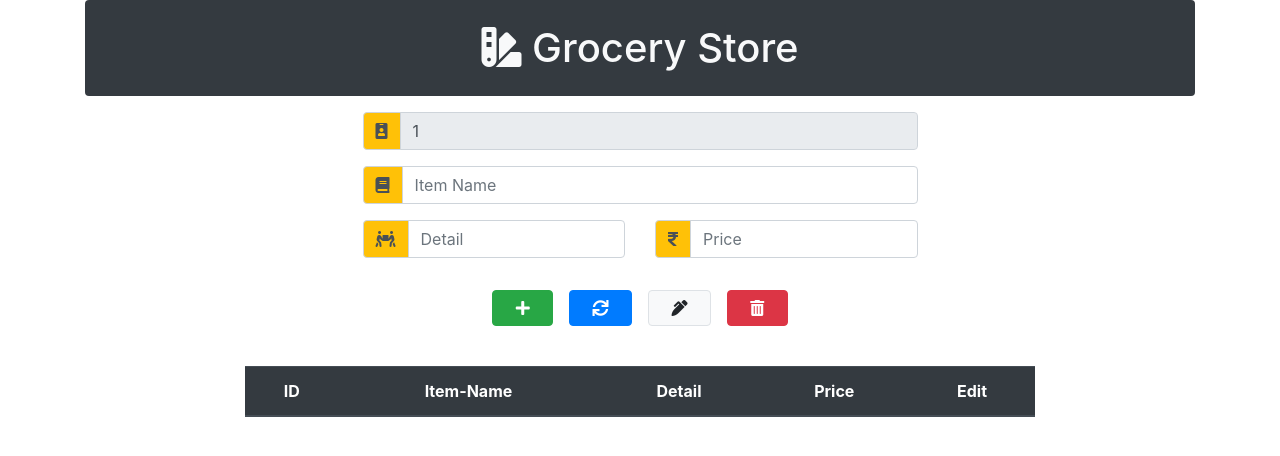
Repository: abhishekhy10/phpcrud
Page: http://localhost/crud/index.php
These files come from the project's save history. The page is drawn as it stood at one moment and after the next save; the edit follows.
The browser window is 1280 px wide. The pictures show the whole page.
Some web libraries are served in a nearby version. The page is run by PHP 8.4 with error messages shown; the project is at /var/www/html/. Queries for data that is not in the repository find no rows.

Above is the page before, as saved 2021-10-13 19:08:36.

### crud/index.php
<?php

require_once ("../crud/php/component.php");
require_once ("../crud/php/operation.php");
?>

<!doctype html>
<html lang="en">
<head>
    <meta charset="UTF-8">
    <meta name="viewport"
          content="width=device-width, user-scalable=no, initial-scale=1.0, maximum-scale=1.0, minimum-scale=1.0">
    <meta http-equiv="X-UA-Compatible" content="ie=edge">
    <title>Books</title>

    <link rel="stylesheet" href="https://use.fontawesome.com/releases/v5.8.2/css/all.css" integrity="sha384-oS3vJWv+0UjzBfQzYUhtDYW+Pj2yciDJxpsK1OYPAYjqT085Qq/1cq5FLXAZQ7Ay" crossorigin="anonymous">
    <link rel="stylesheet" href="https://stackpath.bootstrapcdn.com/bootstrap/4.3.1/css/bootstrap.min.css" integrity="sha384-ggOyR0iXCbMQv3Xipma34MD+dH/1fQ784/j6cY/iJTQUOhcWr7x9JvoRxT2MZw1T" crossorigin="anonymous">

    <!-- Custom stylesheet -->
    <link rel="stylesheet" href="style.css">

</head>
<body>

<main>
    <div class="container text-center">
        <h1 class="py-4 bg-dark text-light rounded"><i class="fas fa-swatchbook"></i> Grocery Store</h1>

        <div class="d-flex justify-content-center">
            <form action="" method="post" class="w-50">
                <div class="pt-2">
                    <?php inputElement("<i class='fas fa-id-badge'></i>","ID", "book_id",setID()); ?>
                </div>
                <div class="pt-2">
                    <?php inputElement("<i class='fas fa-book'></i>","Item Name", "book_name",""); ?>
                </div>
                <div class="row pt-2">
                    <div class="col">
                        <?php inputElement("<i class='fas fa-people-carry'></i>","Detail", "book_publisher",""); ?>
                    </div>
                    <div class="col">
                        <?php inputElement("<i class='fas fa-rupee-sign'></i>","Price", "book_price",""); ?>
                    </div>
                </div>
                <div class="d-flex justify-content-center">
                        <?php buttonElement("btn-create","btn btn-success","<i class='fas fa-plus'></i>","create","data-toggle='tooltip' data-placement='bottom' title='Create'"); ?>
                        <?php buttonElement("btn-read","btn btn-primary","<i class='fas fa-sync'></i>","read","data-toggle='tooltip' data-placement='bottom' title='Read'"); ?>
                        <?php buttonElement("btn-update","btn btn-light border","<i class='fas fa-pen-alt'></i>","update","data-toggle='tooltip' data-placement='bottom' title='Update'"); ?>
                        <?php buttonElement("btn-delete","btn btn-danger","<i class='fas fa-trash-alt'></i>","delete","data-toggle='tooltip' data-placement='bottom' title='Delete'"); ?>
                        <?php deleteBtn();?>
                </div>
            </form>
        </div>

        <!-- Bootstrap table  -->
        <div class="d-flex table-data">
            <table class="table table-striped table-dark">
                <thead class="thead-dark">
                    <tr>
                        <th>ID</th>
                        <th>Item-Name</th>
                        <th>Detail</th>
                        <th>Price</th>
                        <th>Edit</th>
                    </tr>
                </thead>
                <tbody id="tbody">
                   <?php


                   if(isset($_POST['read'])){
                       $result = getData();

                       if($result){

                           while ($row = mysqli_fetch_assoc($result)){ ?>

                               <tr>
                                   <td data-id="<?php echo $row['id']; ?>"><?php echo $row['id']; ?></td>
                                   <td data-id="<?php echo $row['id']; ?>"><?php echo $row['book_name']; ?></td>
                                   <td data-id="<?php echo $row['id']; ?>"><?php echo $row['book_publisher']; ?></td>
                                   <td data-id="<?php echo $row['id']; ?>"><?php echo '$' . $row['book_price']; ?></td>
                                   <td ><i class="fas fa-edit btnedit" data-id="<?php echo $row['id']; ?>"></i></td>
                               </tr>

                   <?php
                           }

                       }
                   }


                   ?>
                </tbody>
            </table>
        </div>


    </div>
</main>


<script src="https://code.jquery.com/jquery-3.3.1.slim.min.js" integrity="sha384-q8i/X+965DzO0rT7abK41JStQIAqVgRVzpbzo5smXKp4YfRvH+8abtTE1Pi6jizo" crossorigin="anonymous"></script>
<script src="https://cdnjs.cloudflare.com/ajax/libs/popper.js/1.14.7/umd/popper.min.js" integrity="sha384-UO2eT0CpHqdSJQ6hJty5KVphtPhzWj9WO1clHTMGa3JDZwrnQq4sF86dIHNDz0W1" crossorigin="anonymous"></script>
<script src="https://stackpath.bootstrapcdn.com/bootstrap/4.3.1/js/bootstrap.min.js" integrity="sha384-JjSmVgyd0p3pXB1rRibZUAYoIIy6OrQ6VrjIEaFf/nJGzIxFDsf4x0xIM+B07jRM" crossorigin="anonymous"></script>

<script src="../crud/php/main.js"></script>
</body>
</html>

### crud/php/component.php
<?php

function inputElement($icon, $placeholder, $name, $value){
    $ele = "

        <div class=\"input-group mb-2\">
                        <div class=\"input-group-prepend\">
                            <div class=\"input-group-text bg-warning\">$icon</div>
                        </div>
                        <input type=\"text\" name='$name' value='$value' autocomplete=\"off\" placeholder='$placeholder' class=\"form-control\" id=\"inlineFormInputGroup\" placeholder=\"Username\">
                    </div>

    ";
    echo $ele;
}

function buttonElement($btnid, $styleclass, $text, $name, $attr){
    $btn = "
        <button name='$name' '$attr' class='$styleclass' id='$btnid'>$text</button>
    ";
    echo $btn;
}

### crud/php/operation.php
<?php
require_once ("db.php");
require_once ("component.php");

$con = Createdb();

// create button click
if(isset($_POST['create'])){
    createData();
}

if(isset($_POST['update'])){
    UpdateData();
}

if(isset($_POST['delete'])){
    deleteRecord();
}

if(isset($_POST['deleteall'])){
    deleteAll();

}

function createData(){
    $itemname = textboxValue("item_name");
    $itemdetail = textboxValue("detail");
    $itemprice = textboxValue("price");

    if($itemname && $itemdetail && $itemprice){

        $sql = "INSERT INTO items (item_name, detail, price)
                        VALUES ('$itemname','$itemdetail','$itemprice')";

        if(mysqli_query($GLOBALS['con'], $sql)){
            TextNode("success", "Record Successfully Inserted...!");
        }else{
            echo "Error";
        }

    }else{
            TextNode("error", "Provide Data in the Textbox");
    }
}

function textboxValue($value){
    $textbox = mysqli_real_escape_string($GLOBALS['con'], trim($_POST[$value]));
    if(empty($textbox)){
        return false;
    }else{
        return $textbox;
    }
}


// messages
function TextNode($classname, $msg){
    $element = "<h6 class='$classname'>$msg</h6>";
    echo $element;
}


// get data from mysql database
function getData(){
    $sql = "SELECT * FROM items";

    $result = mysqli_query($GLOBALS['con'], $sql);

    if(mysqli_num_rows($result) > 0){
        return $result;
    }
}

// update dat
function UpdateData(){
    $itemid = textboxValue("item_id");
    $itemname = textboxValue("item_name");
    $itemdetail = textboxValue("detail");
    $itemprice = textboxValue("price");

    if($itemname && $itemdetail && $itemprice){
        $sql = "
                    UPDATE items SET item_name='$itemname', detail = '$itemdetail', price = '$itemprice' WHERE id='$itemid';
        ";

        if(mysqli_query($GLOBALS['con'], $sql)){
            TextNode("success", "Data Successfully Updated");
        }else{
            TextNode("error", "Enable to Update Data");
        }

    }else{
        TextNode("error", "Select Data Using Edit Icon");
    }


}


function deleteRecord(){
    $itemid = (int)textboxValue("item_id");

    $sql = "DELETE FROM items WHERE id=$itemid";

    if(mysqli_query($GLOBALS['con'], $sql)){
        TextNode("success","Record Deleted Successfully...!");
    }else{
        TextNode("error","Enable to Delete Record...!");
    }

}


function deleteBtn(){
    $result = getData();
    $i = 0;
    if($result){
        while ($row = mysqli_fetch_assoc($result)){
            $i++;
            if($i > 3){
                buttonElement("btn-deleteall", "btn btn-danger" ,"<i class='fas fa-trash'></i> Delete All", "deleteall", "");
                return;
            }
        }
    }
}


function deleteAll(){
    $sql = "DROP TABLE items";

    if(mysqli_query($GLOBALS['con'], $sql)){
        TextNode("success","All Record deleted Successfully...!");
        Createdb();
    }else{
        TextNode("error","Something Went Wrong Record cannot deleted...!");
    }
}


// set id to textbox
function setID(){
    $getid = getData();
    $id = 0;
    if($getid){
        while ($row = mysqli_fetch_assoc($getid)){
            $id = $row['id'];
        }
    }
    return ($id + 1);
}

### crud/php/db.php
<?php

function Createdb(){
    $servername = "localhost";
    $username = "root";
    $password = "";
    $dbname = "grocerystore";

    // create connection
    $con = mysqli_connect($servername, $username, $password);

    // Check Connection
    if (!$con){
        die("Connection Failed : " . mysqli_connect_error());
    }

    // create Database
    $sql = "CREATE DATABASE IF NOT EXISTS $dbname";

    if(mysqli_query($con, $sql)){
        $con = mysqli_connect($servername, $username, $password, $dbname);

        $sql = "
                        CREATE TABLE IF NOT EXISTS items(
                            id INT(11) NOT NULL AUTO_INCREMENT PRIMARY KEY,
                            item_name VARCHAR (25) NOT NULL,
                            detail VARCHAR (20),
                            price FLOAT
                        );
        ";

        if(mysqli_query($con, $sql)){
            return $con;
        }else{
            echo "Cannot Create table...!";
        }

    }else{
        echo "Error while creating database ". mysqli_error($con);
    }

}

### crud/style.css


.d-flex button{
    margin: 1.5em 0.5em;
    padding: 0.3em 1.4em;
}

.d-flex table{
    margin: 1em 10em;
}

table .btnedit{
    color: lightsalmon;
    cursor: pointer;
}

.success{
    background-color: lightgreen;
    padding: 1em;
}

.error{
    background-color: rgb(255, 71, 163);
    padding: 1em;
}

### crud/php/main.js
let id = $("input[name*='book_id']")
id.attr("readonly","readonly");


$(".btnedit").click( e =>{
    let textvalues = displayData(e);

    ;
    let bookname = $("input[name*='book_name']");
    let bookpublisher = $("input[name*='book_publisher']");
    let bookprice = $("input[name*='book_price']");

    id.val(textvalues[0]);
    bookname.val(textvalues[1]);
    bookpublisher.val(textvalues[2]);
    bookprice.val(textvalues[3].replace("$", ""));
});


function displayData(e) {
    let id = 0;
    const td = $("#tbody tr td");
    let textvalues = [];

    for (const value of td){
        if(value.dataset.id == e.target.dataset.id){
           textvalues[id++] = value.textContent;
        }
    }
    return textvalues;

}

After the next save:
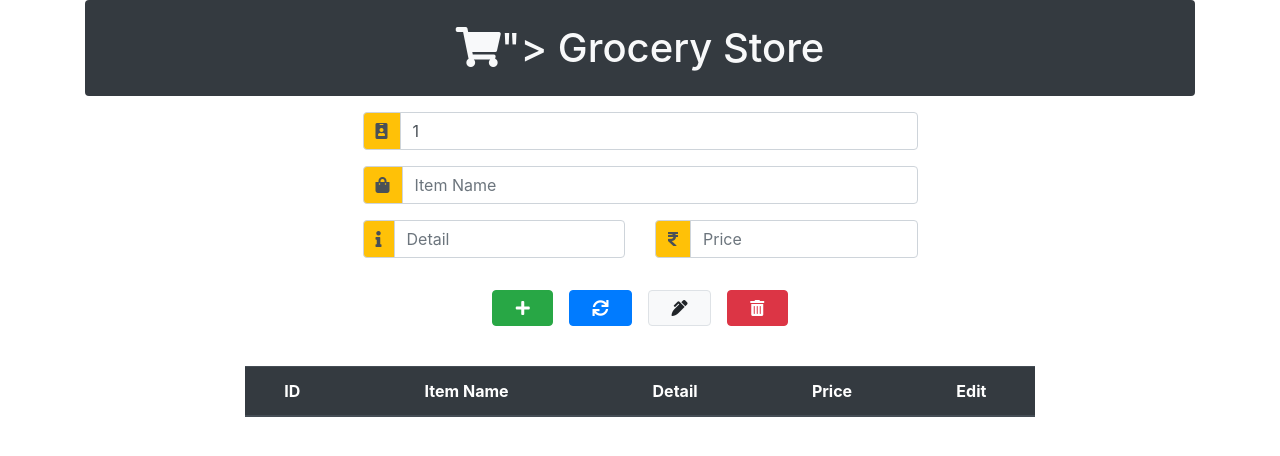
Saved 19 min 18 s later.
--- a/crud/index.php
+++ b/crud/index.php
@@ -11,7 +11,7 @@ require_once ("../crud/php/operation.php");
     <meta name="viewport"
           content="width=device-width, user-scalable=no, initial-scale=1.0, maximum-scale=1.0, minimum-scale=1.0">
     <meta http-equiv="X-UA-Compatible" content="ie=edge">
-    <title>Books</title>
+    <title>Grocery Item</title>
 
     <link rel="stylesheet" href="https://use.fontawesome.com/releases/v5.8.2/css/all.css" integrity="sha384-oS3vJWv+0UjzBfQzYUhtDYW+Pj2yciDJxpsK1OYPAYjqT085Qq/1cq5FLXAZQ7Ay" crossorigin="anonymous">
     <link rel="stylesheet" href="https://stackpath.bootstrapcdn.com/bootstrap/4.3.1/css/bootstrap.min.css" integrity="sha384-ggOyR0iXCbMQv3Xipma34MD+dH/1fQ784/j6cY/iJTQUOhcWr7x9JvoRxT2MZw1T" crossorigin="anonymous">
@@ -24,22 +24,22 @@ require_once ("../crud/php/operation.php");
 
 <main>
     <div class="container text-center">
-        <h1 class="py-4 bg-dark text-light rounded"><i class="fas fa-swatchbook"></i> Grocery Store</h1>
+        <h1 class="py-4 bg-dark text-light rounded"><i class="fas fa-shopping-cart"></i>"></i> Grocery Store</h1>
 
         <div class="d-flex justify-content-center">
             <form action="" method="post" class="w-50">
                 <div class="pt-2">
-                    <?php inputElement("<i class='fas fa-id-badge'></i>","ID", "book_id",setID()); ?>
+                    <?php inputElement("<i class='fas fa-id-badge'></i>","ID", "id",setID()); ?>
                 </div>
                 <div class="pt-2">
-                    <?php inputElement("<i class='fas fa-book'></i>","Item Name", "book_name",""); ?>
+                    <?php inputElement("<i class='fas fa-shopping-bag'></i>","Item Name", "item_name",""); ?>
                 </div>
                 <div class="row pt-2">
                     <div class="col">
-                        <?php inputElement("<i class='fas fa-people-carry'></i>","Detail", "book_publisher",""); ?>
+                        <?php inputElement("<i class='fas fa-info'></i>","Detail", "detail",""); ?>
                     </div>
                     <div class="col">
-                        <?php inputElement("<i class='fas fa-rupee-sign'></i>","Price", "book_price",""); ?>
+                        <?php inputElement("<i class='fas fa-rupee-sign'></i>","Price", "price",""); ?>
                     </div>
                 </div>
                 <div class="d-flex justify-content-center">
@@ -58,7 +58,7 @@ require_once ("../crud/php/operation.php");
                 <thead class="thead-dark">
                     <tr>
                         <th>ID</th>
-                        <th>Item-Name</th>
+                        <th>Item Name</th>
                         <th>Detail</th>
                         <th>Price</th>
                         <th>Edit</th>
@@ -77,9 +77,9 @@ require_once ("../crud/php/operation.php");
 
                                <tr>
                                    <td data-id="<?php echo $row['id']; ?>"><?php echo $row['id']; ?></td>
-                                   <td data-id="<?php echo $row['id']; ?>"><?php echo $row['book_name']; ?></td>
-                                   <td data-id="<?php echo $row['id']; ?>"><?php echo $row['book_publisher']; ?></td>
-                                   <td data-id="<?php echo $row['id']; ?>"><?php echo '$' . $row['book_price']; ?></td>
+                                   <td data-id="<?php echo $row['id']; ?>"><?php echo $row['item_name']; ?></td>
+                                   <td data-id="<?php echo $row['id']; ?>"><?php echo $row['detail']; ?></td>
+                                   <td data-id="<?php echo $row['id']; ?>"><?php echo '$' . $row['price']; ?></td>
                                    <td ><i class="fas fa-edit btnedit" data-id="<?php echo $row['id']; ?>"></i></td>
                                </tr>
 
